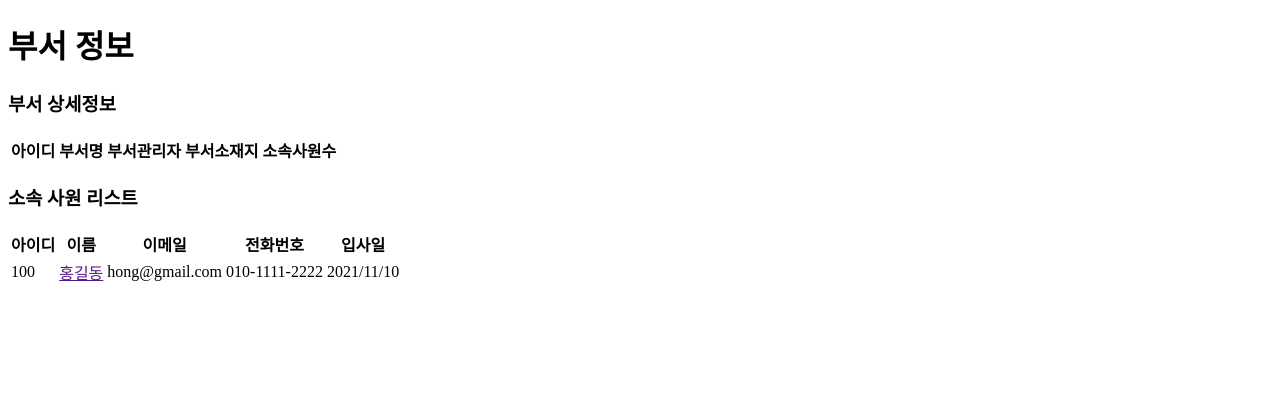
Repository: benpark0613/basic
Page: http://localhost/sample/hr/dept/detail.jsp
The author's editor kept a copy of each file at every save. The page is drawn from the files as they stood at one save, then again after the next save.
The browser window is 1280 px wide. The pictures show the whole page.
The page is served by Tomcat 9. Other server files are loaded and not shown.

Above is the page before, as saved 2021-11-10 03:14:47.

### HR_app/sample/src/main/webapp/hr/dept/detail.jsp
<%@ page language="java" contentType="text/html; charset=UTF-8"
    pageEncoding="UTF-8"%>
<!DOCTYPE html>
<html>
<head>
<meta charset="UTF-8">
<title>부서정보 관리::부서 상세정보</title>
</head>
<body>
	<h1>부서 정보</h1>

	<h3>부서 상세정보</h3>
	<table>
		<thead>
			<tr>
				<th>아이디</th>
				<th>부서명</th>
				<th>부서관리자</th>
				<th>부서소재지</th>
				<th>소속사원수</th>
			</tr>
		</thead>
	</table>

	<h3>소속 사원 리스트</h3>
	<table>
		<thead>
			<tr>
				<th>아이디</th>
				<th>이름</th>
				<th>이메일</th>
				<th>전화번호</th>
				<th>입사일</th>
			</tr>
		</thead>
		<tbody>
			<tr>
				<td>100</td>
				<td><a href="">홍길동</a></td>
				<td>hong@gmail.com</td>
				<td>010-1111-2222</td>
				<td>2021/11/10</td>
			</tr>
		</tbody>
	</table>
</body>
</html>

After the next save:
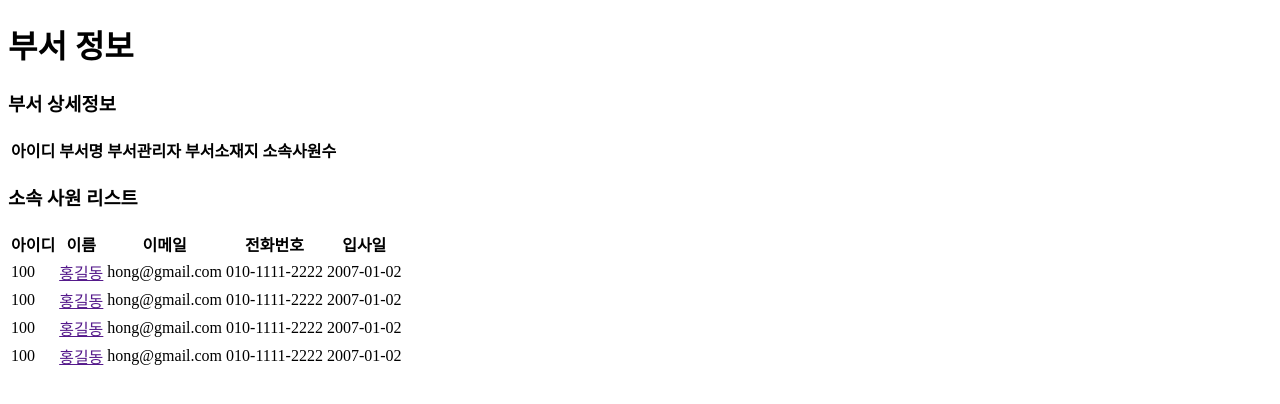
Saved 22 s later.
--- a/HR_app/sample/src/main/webapp/hr/dept/detail.jsp
+++ b/HR_app/sample/src/main/webapp/hr/dept/detail.jsp
@@ -39,7 +39,28 @@
 				<td><a href="">홍길동</a></td>
 				<td>hong@gmail.com</td>
 				<td>010-1111-2222</td>
-				<td>2021/11/10</td>
+				<td>2007-01-02</td>
+			</tr>
+			<tr>
+				<td>100</td>
+				<td><a href="">홍길동</a></td>
+				<td>hong@gmail.com</td>
+				<td>010-1111-2222</td>
+				<td>2007-01-02</td>
+			</tr>
+			<tr>
+				<td>100</td>
+				<td><a href="">홍길동</a></td>
+				<td>hong@gmail.com</td>
+				<td>010-1111-2222</td>
+				<td>2007-01-02</td>
+			</tr>
+			<tr>
+				<td>100</td>
+				<td><a href="">홍길동</a></td>
+				<td>hong@gmail.com</td>
+				<td>010-1111-2222</td>
+				<td>2007-01-02</td>
 			</tr>
 		</tbody>
 	</table>
